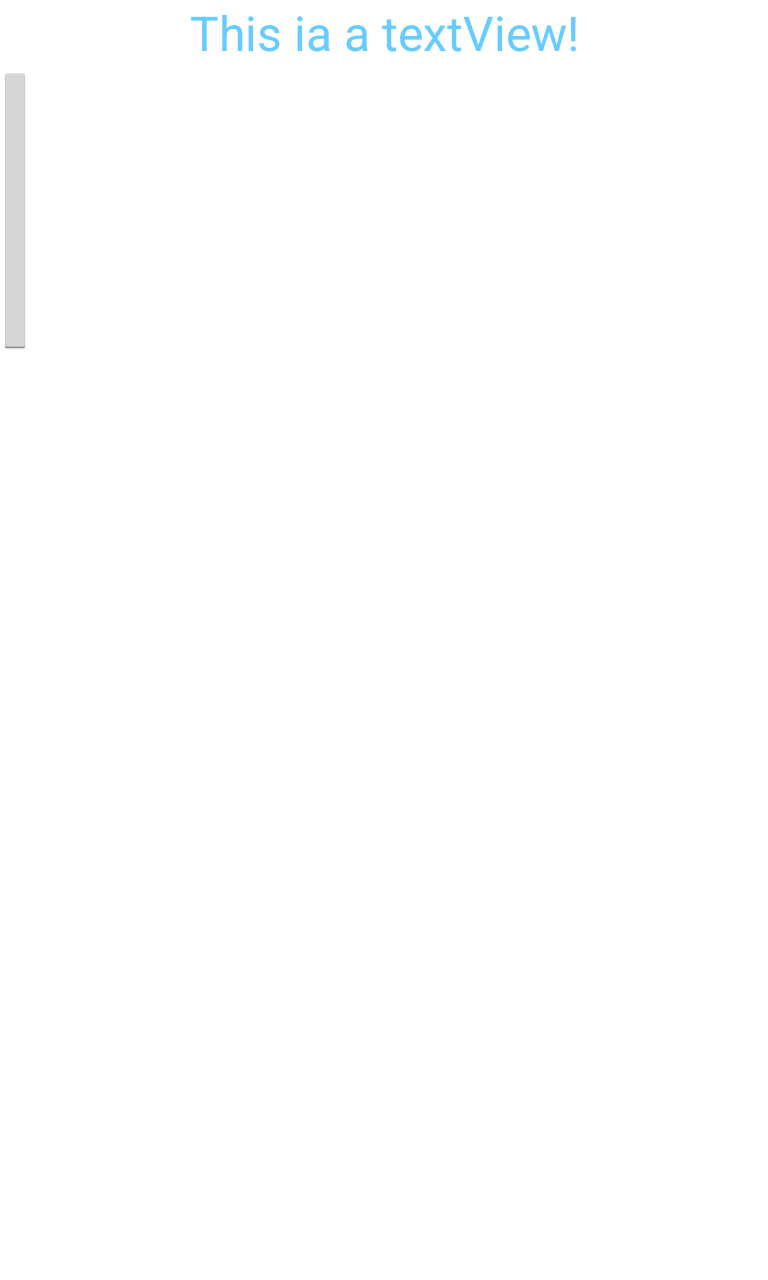
Repository: Ollyder/eclipse_work
Layout: UIWidgetTest/res/layout/activity_main.xml
The author's editor kept a copy of each file at every save. The layout is drawn from the files as they stood at one save, then again after the next save.
It is drawn on a 768 x 1280 px phone screen (xhdpi) without system bars, with theme AppTheme; the app's code is not run.

Above is the layout before, as saved 2017-05-27 01:48:26.

### UIWidgetTest/res/layout/activity_main.xml
<LinearLayout xmlns:android="http://schemas.android.com/apk/res/android"
    android:layout_width="match_parent"
    android:layout_height="match_parent"
    android:orientation="vertical" >

    <TextView
        android:id="@+id/text_view"
        android:layout_width="match_parent"
        android:layout_height="wrap_content"
        android:text="This ia a textView!"
        android:gravity="center"
        android:textSize="24sp"
        android:textColor="#66ccff"/>

    <Button
        android:id="@+id/button_1"
        android:layout_width="15sp"
        android:layout_height="wrap_content"
        android:text="Button" />
</LinearLayout>

Loaded but not shown: UIWidgetTest/res/values/styles.xml (common file); UIWidgetTest/res/values-v11/styles.xml (common file); UIWidgetTest/res/values-v14/styles.xml (common file)

After the next save:
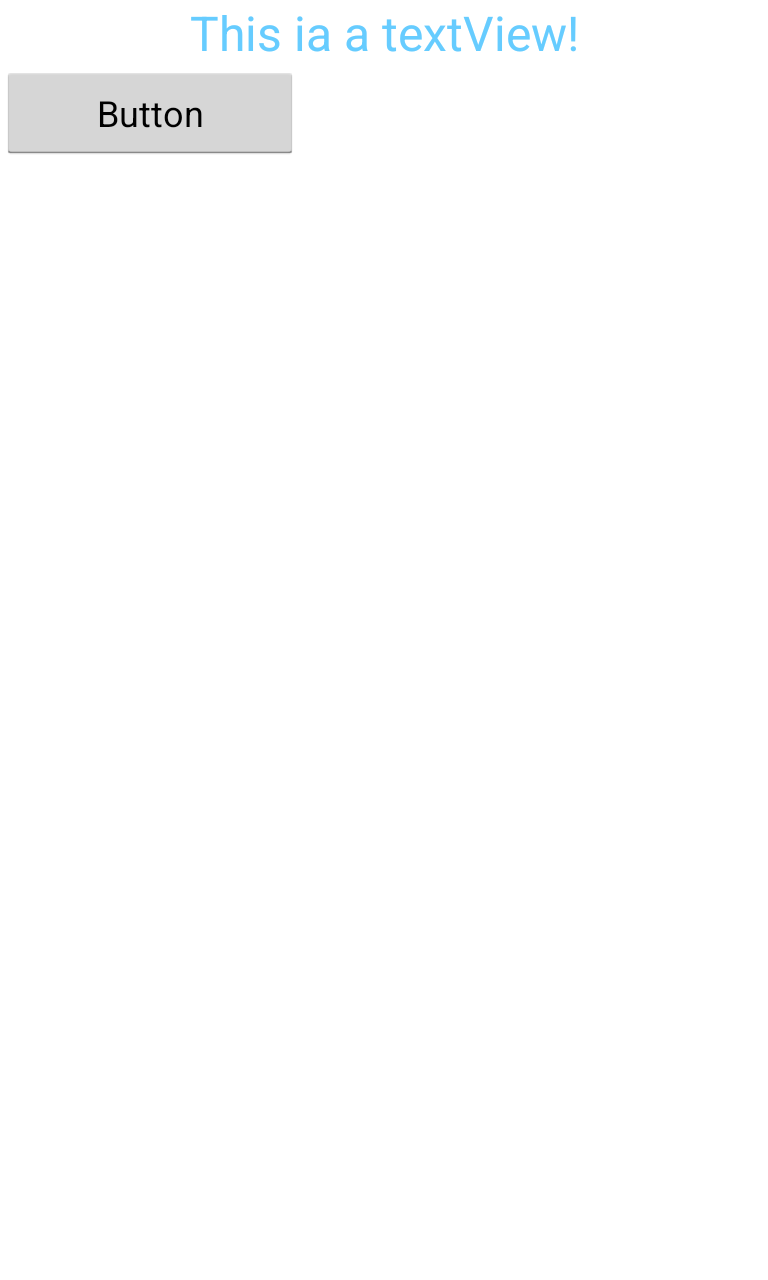
Saved 25 s later.
--- a/UIWidgetTest/res/layout/activity_main.xml
+++ b/UIWidgetTest/res/layout/activity_main.xml
@@ -14,7 +14,7 @@
 
     <Button
         android:id="@+id/button_1"
-        android:layout_width="15sp"
+        android:layout_width="150sp"
         android:layout_height="wrap_content"
         android:text="Button" />
 </LinearLayout>
